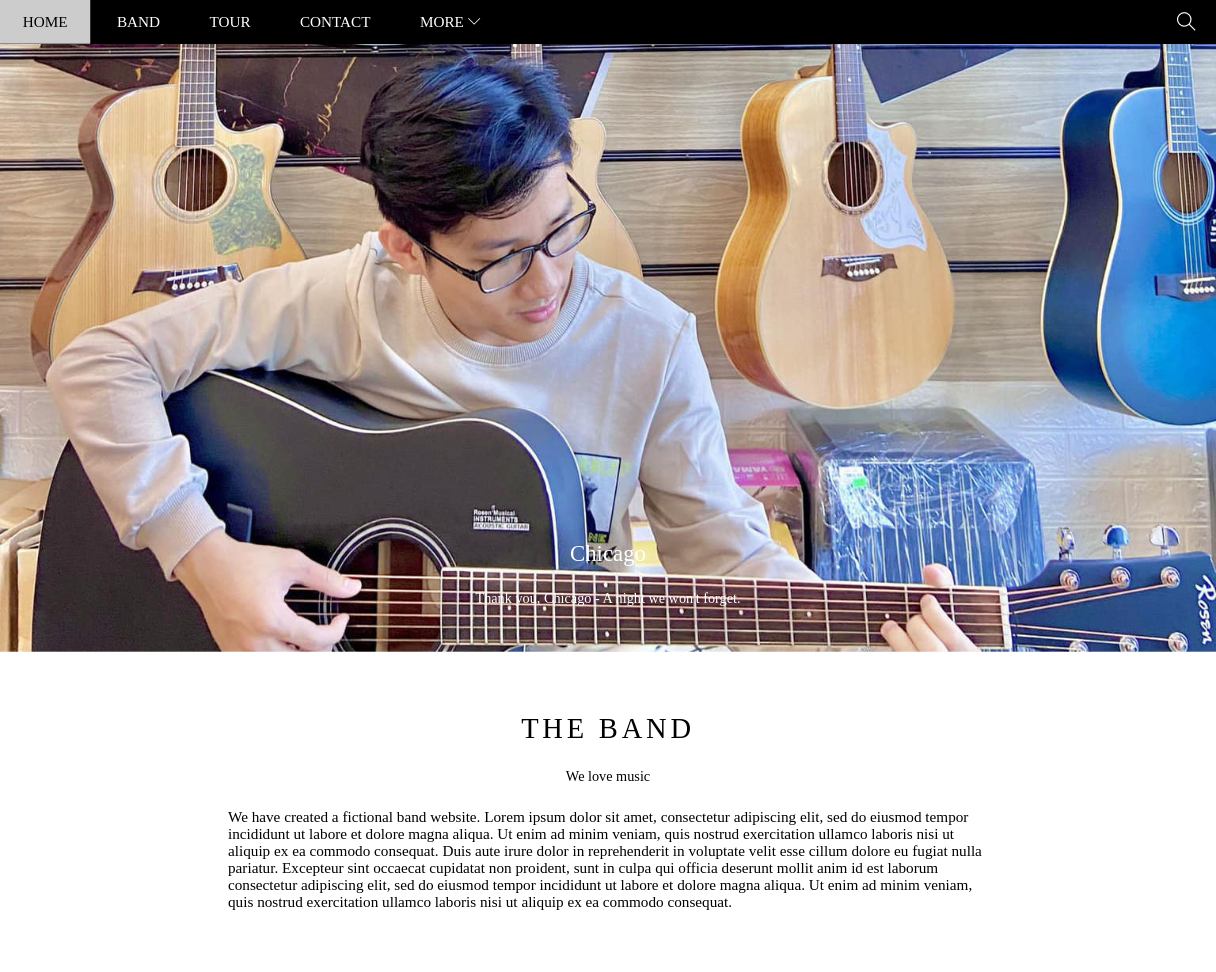
Repository: quochung2k3/Web-Team
Page: index.html
These files come from the project's save history. The page is drawn as it stood at one moment and after the next save; the edit follows.
The browser window is 1280 px wide. The pictures show the whole page, at 95% of full size.

Above is the page before, as saved 2023-08-05 09:15:36.

After the next save:
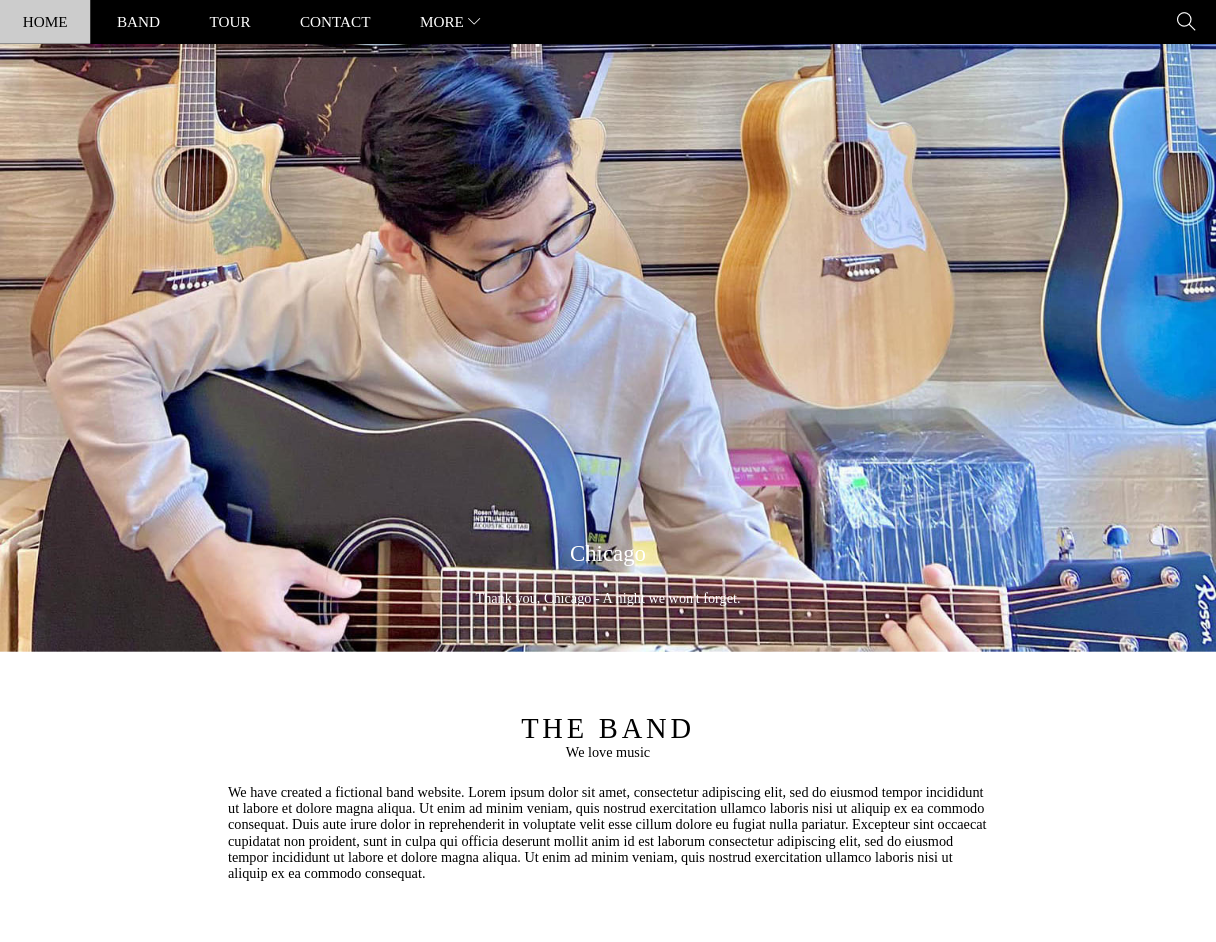
Saved 50 s later.
--- a/assets/css/style.css
+++ b/assets/css/style.css
@@ -144,7 +144,11 @@
 #content .section-sub-heading {
     font-size: 15px;
     text-align: center;
-    margin: 25px;
+}
+
+#content .about-text {
+    font-size: 15px;
+    margin-top: 25px;
 }
 
 #footer {
